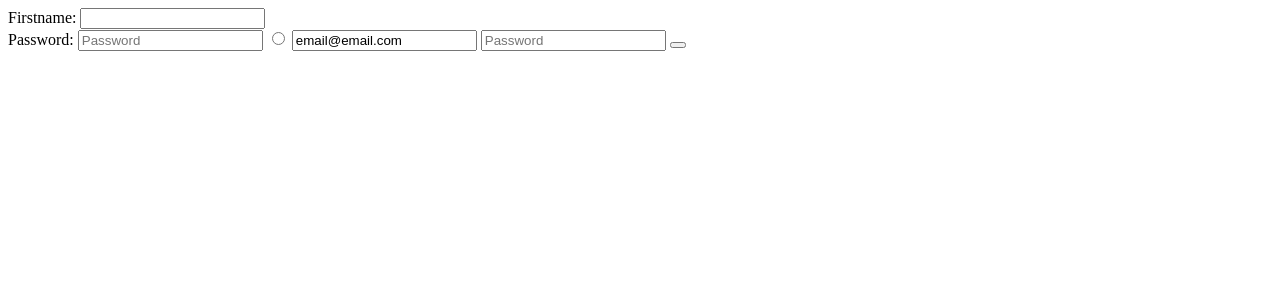
Repository: Tranghii/HTML-CSS
Page: HTML&CSS/form.html
These files come from the project's save history. The page is drawn as it stood at one moment and after the next save; the edit follows.
The browser window is 1280 px wide. The pictures show the whole page.

Above is the page before, as saved 2025-10-11 17:04:03.

After the next save:
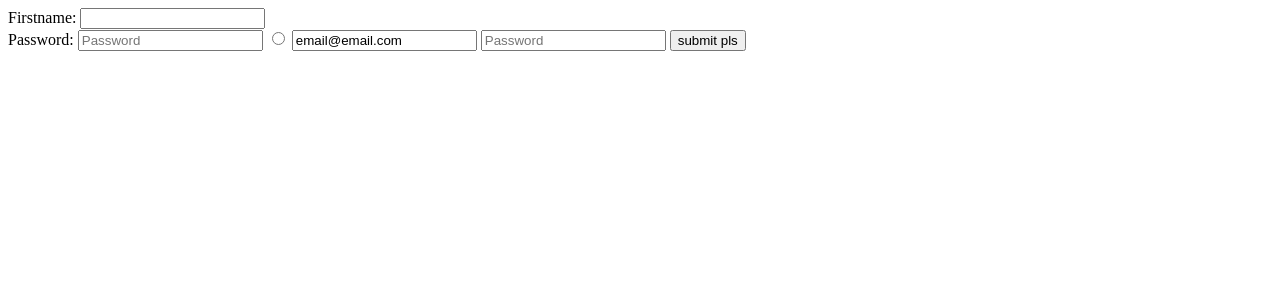
Saved 35 s later.
--- a/HTML&CSS/form.html
+++ b/HTML&CSS/form.html
@@ -16,7 +16,7 @@
 
         <input type="email" name="email" id="email" value="email@email.com" placeholder="email">
         <input type="Password" name="pass" id="pass" placeholder="Password">
-   <button type="submit" value="submit pls" ></button>
+   <input type="submit" value="submit pls" ></input>
 
 
     </form>
